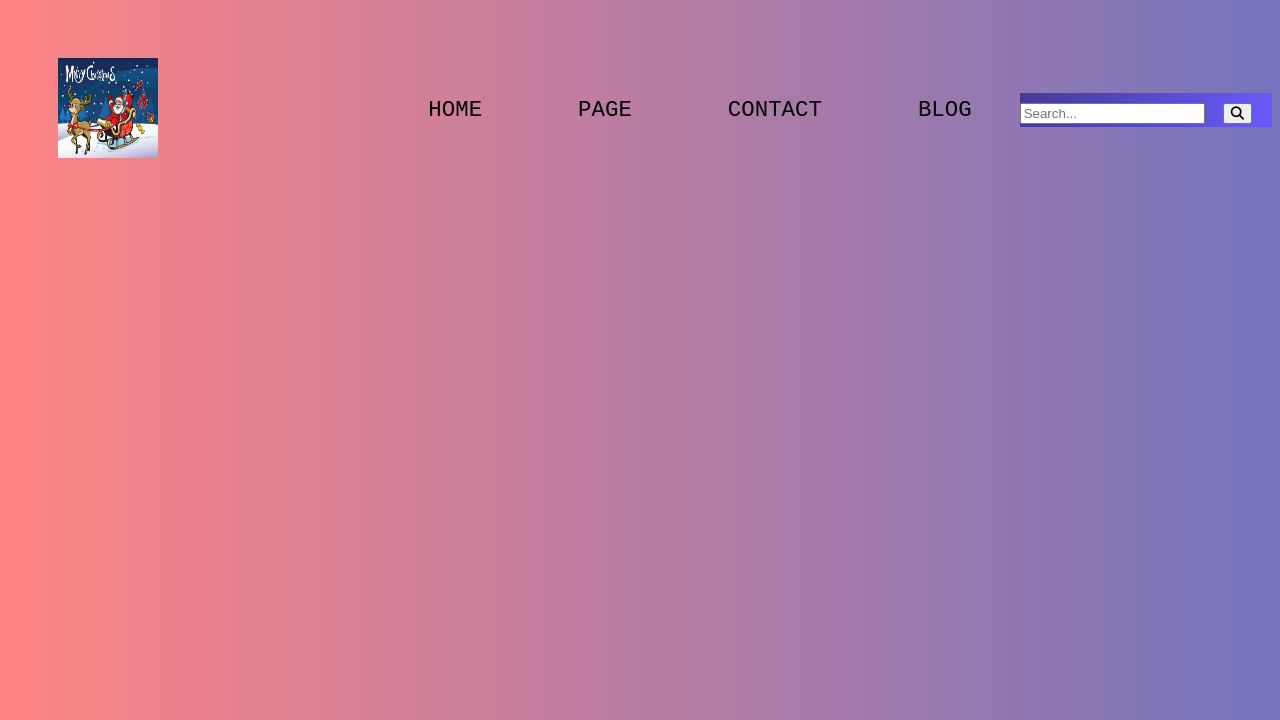
Repository: 16-Doffy/FE-UI
Page: menu/index.html
These files come from the project's save history. The page is drawn as it stood at one moment and after the next save; the edit follows.
The browser window is 1280 px wide. The pictures show the whole page.

Above is the page before, as saved 2024-12-23 18:15:40.

After the next save:
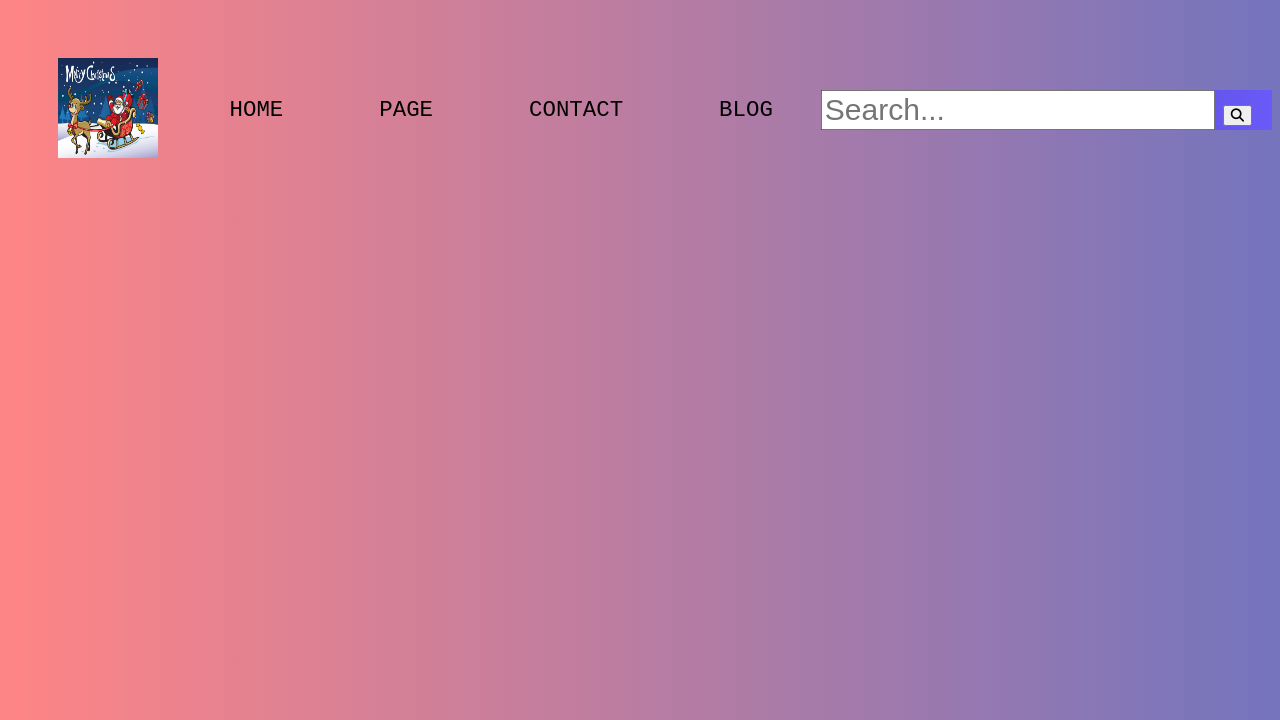
Saved 17 s later.
--- a/menu/index.html
+++ b/menu/index.html
@@ -62,8 +62,8 @@
                 <li class="menu-item"><a href="" class="menu-link">page</a></li>
                 <li class="menu-item"><a href="" class="menu-link">contact</a></li>
                 <li class="menu-item"><a href="" class="menu-link">blog</a></li>
-                <div class="search-bar" style="font-size: 30px; background-size: cover;">
-                    <input type="text" placeholder="Search...">
+                <div class="search-bar"  background-size: cover;">
+                    <input type="text" placeholder="Search..." style="font-size: 30px;">
                     <button class="search-btn"><i class="fas fa-search"  ;></i></button>
                 </div>
             </ul>
